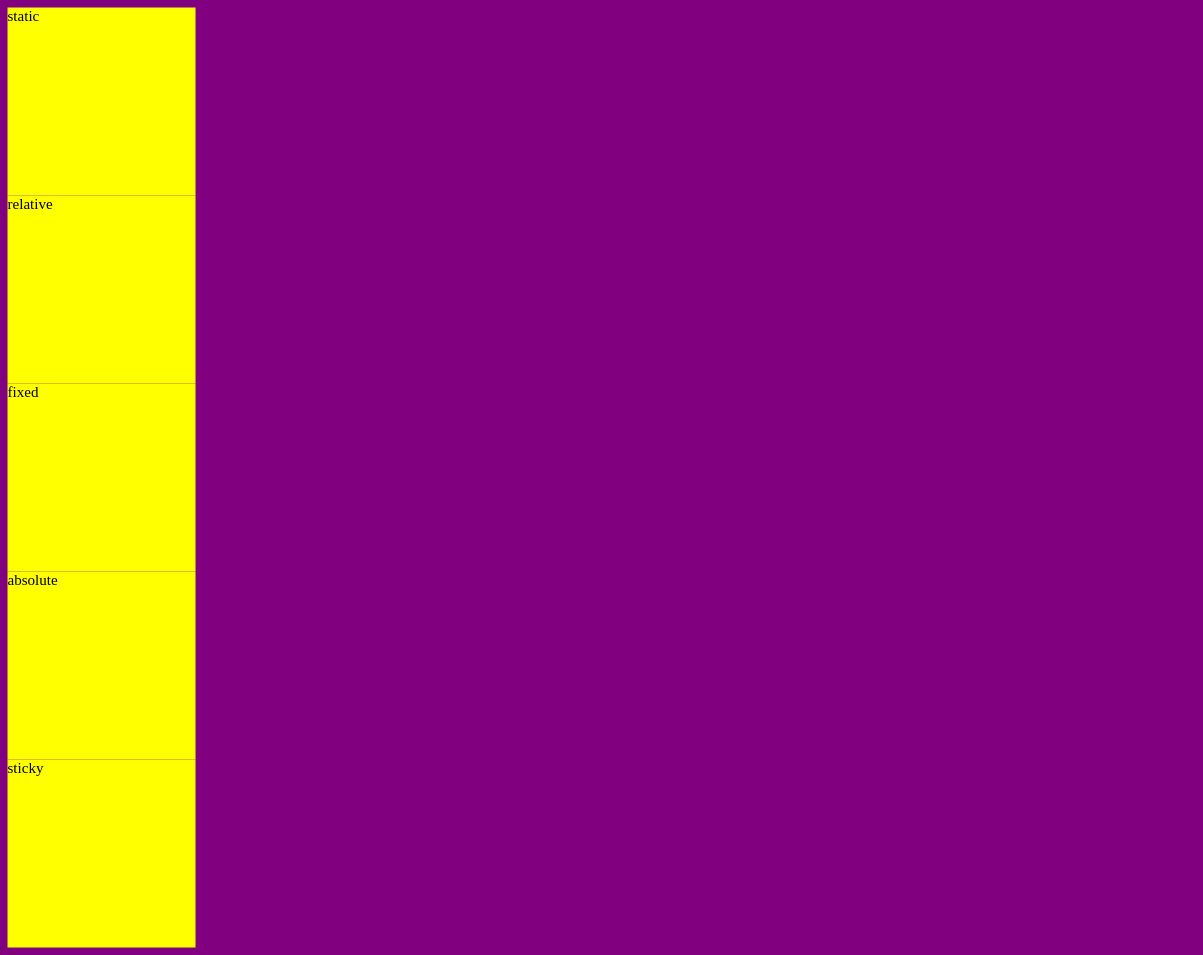
Repository: quenrythane/homepage
Page: CSS positions/CSS-positions.html
These files come from the project's save history. The page is drawn as it stood at one moment and after the next save; the edit follows.
The browser window is 1280 px wide. The pictures show the whole page, at 94% of full size.

Above is the page before, as saved 2020-10-10 14:07:18.

After the next save:
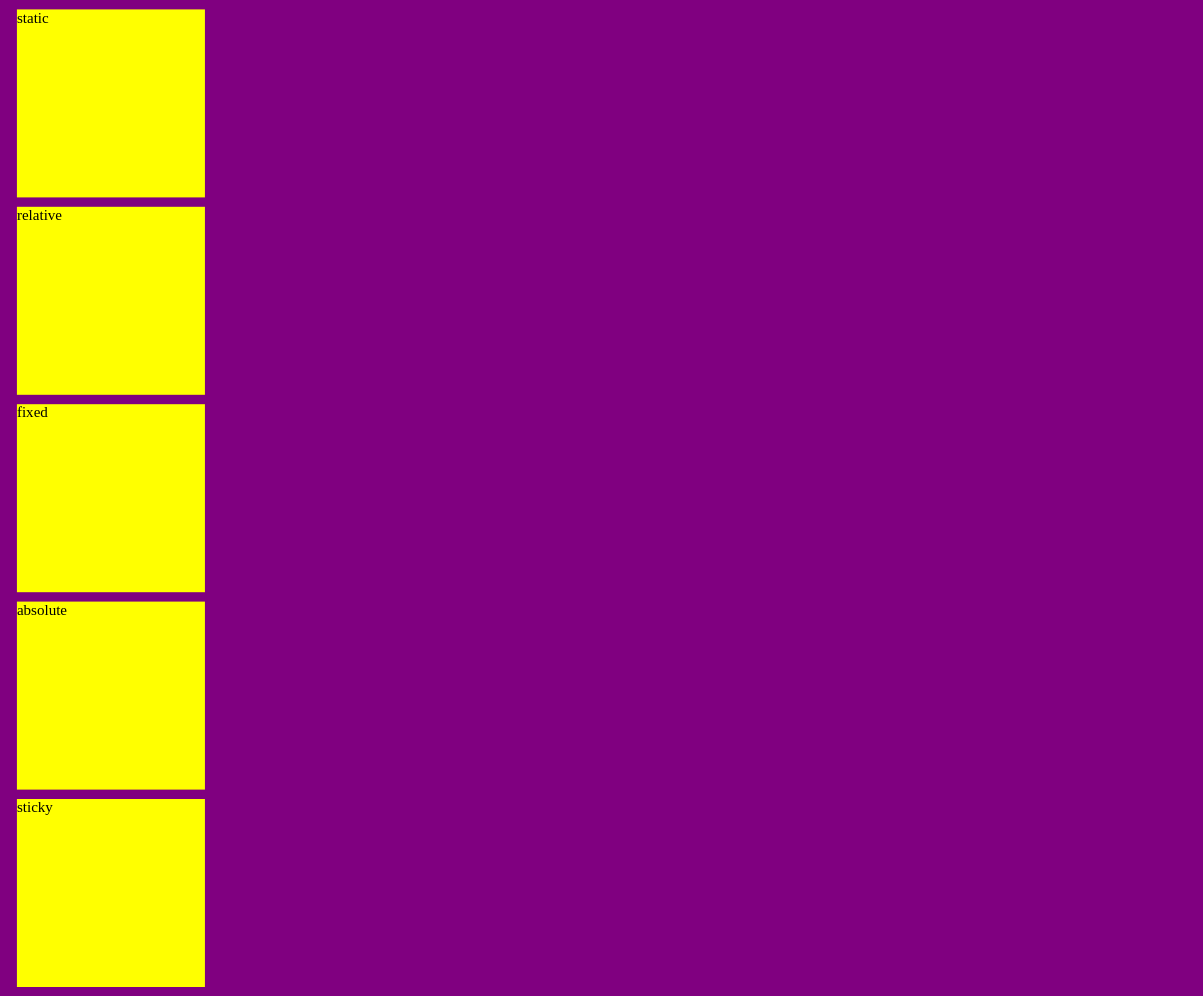
Saved 8 s later.
--- a/CSS positions/CSS-positions.css
+++ b/CSS positions/CSS-positions.css
@@ -6,4 +6,5 @@
     background: yellow;
     width: 200px;
     height: 200px ;
+    margin: 10px
 }
